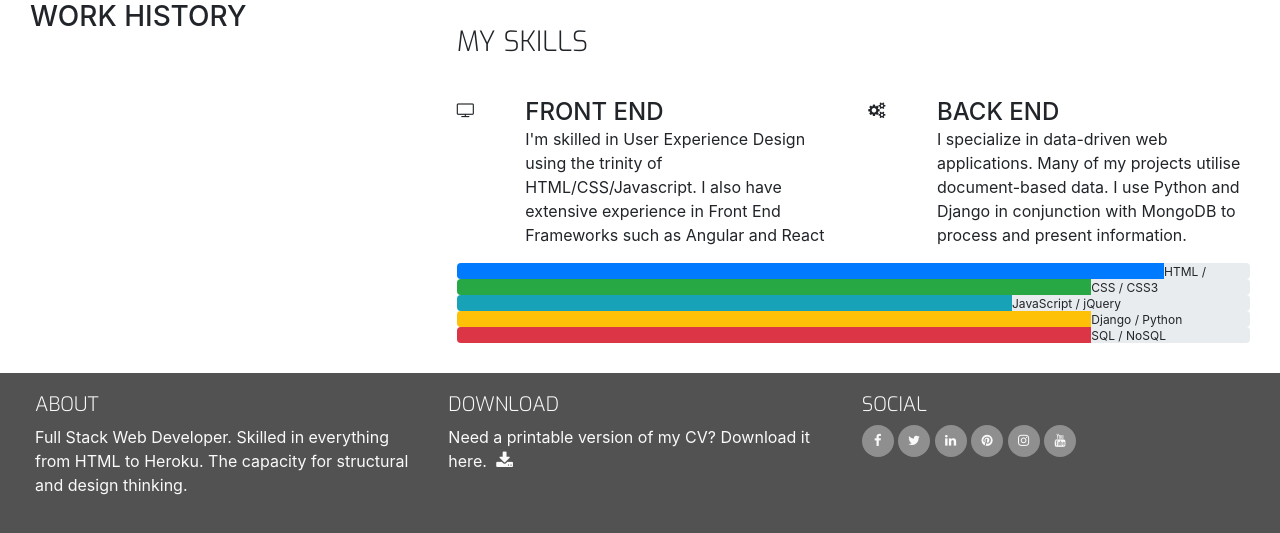
Repository: mark-joyce/portfolio
Page: resume.html
The author's editor kept a record of every edit. The page is drawn from the files as they stood at one moment, then again after the next edit.
The browser window is 1280 px wide. The pictures show the part of the page from y = 369 to 902 px (the page is 902 px tall).
Some web libraries are served in a nearby version.

Above is the page before.

After the next edit:
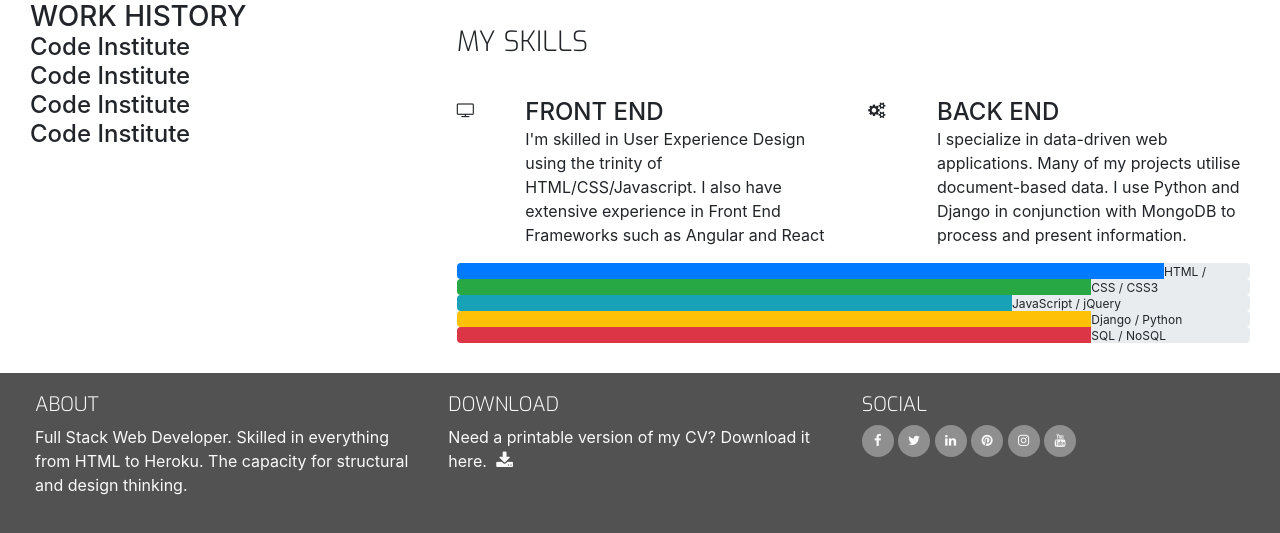
The edit:
--- a/resume.html
+++ b/resume.html
@@ -52,6 +52,18 @@
                         </h3>
                     </div>
                 </div>
+                <div class="timeline-item" data-dates="02/1998 - 04/2004">
+                    <h4>Code Institute</h4>
+                </div>
+                                <div class="timeline-item" data-dates="02/1998 - 04/2004">
+                    <h4>Code Institute</h4>
+                </div>
+                                <div class="timeline-item" data-dates="02/1998 - 04/2004">
+                    <h4>Code Institute</h4>
+                </div>
+                <div class="timeline-item" data-dates="02/1998 - 04/2004">
+                    <h4>Code Institute</h4>
+                </div>
             </div>
             <div class="col-md-8 bg-color-three-reasons section-column">
                 <div class="row">
